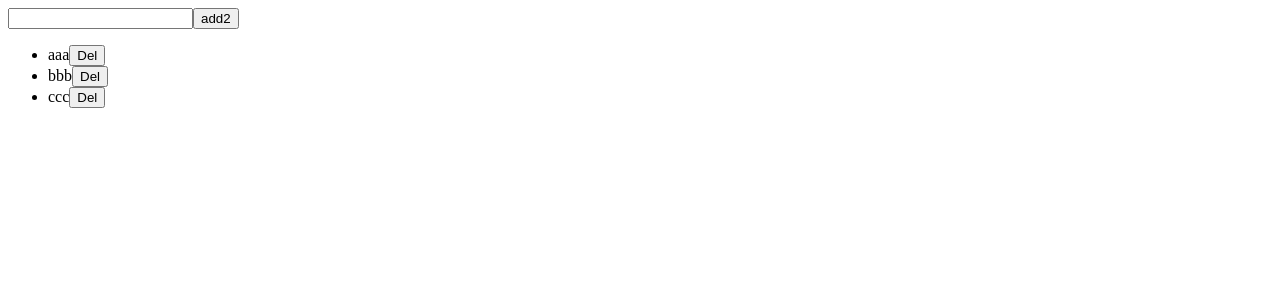
Repository: zenghao518518/React
Page: /
The author's editor kept a copy of each file at every save. The page is drawn from the files as they stood at one save, then again after the next save.
The browser window is 1280 px wide. The pictures show the whole page.
The project was rebuilt for these pictures with package versions that can differ from the ones it lists, and the page was loaded fresh each time.

Above is the page before, as saved 2023-07-26 17:11:34.

After the next save:
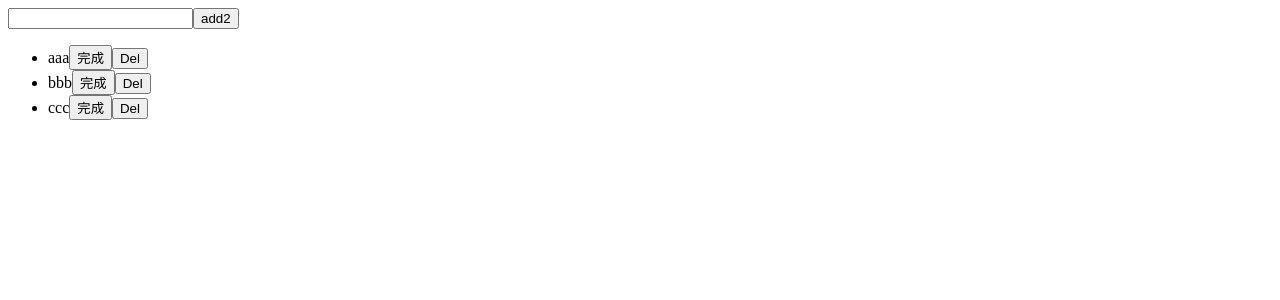
Saved 4 min 32 s later.
--- a/src/01-base/22-受控todolist.js
+++ b/src/01-base/22-受控todolist.js
@@ -44,6 +44,7 @@ export default class App extends Component {
                         }></span> */}
 
                         {/* <button onClick={this.handleDelClick.bind(this,index)}>Del</button> */}
+                        <button>完成</button>
                         <button onClick={()=>this.handleDelClick(index)}>Del</button>
                     </li>
                     )
